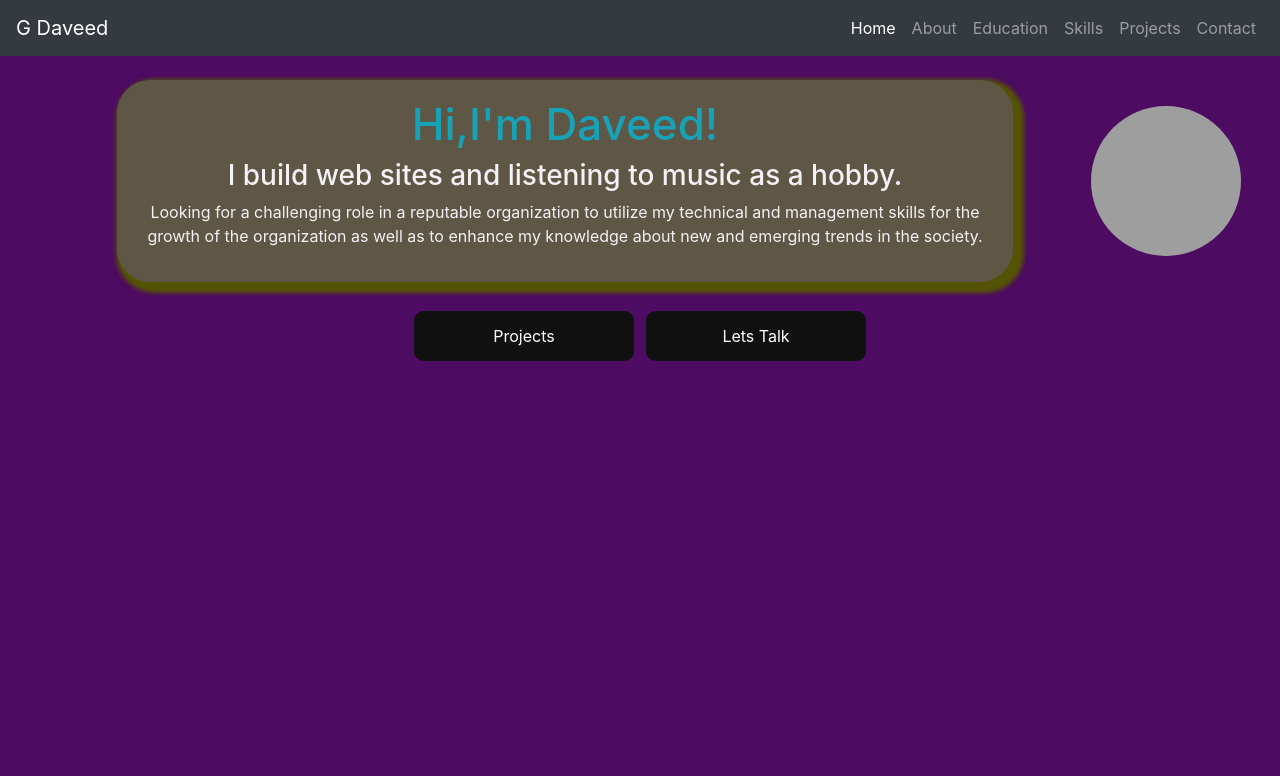
Repository: DaveedGangi/DaveedWebsite
Page: one.html
The author's editor kept a copy of each file at every save. The page is drawn from the files as they stood at one save, then again after a run of saves.
The browser window is 1280 px wide. The pictures show the whole page.
Pictures or frames that could not be fetched are drawn as grey boxes.

Above is the page before, as saved 2023-10-23 13:35:21.

After the next 3 saves:
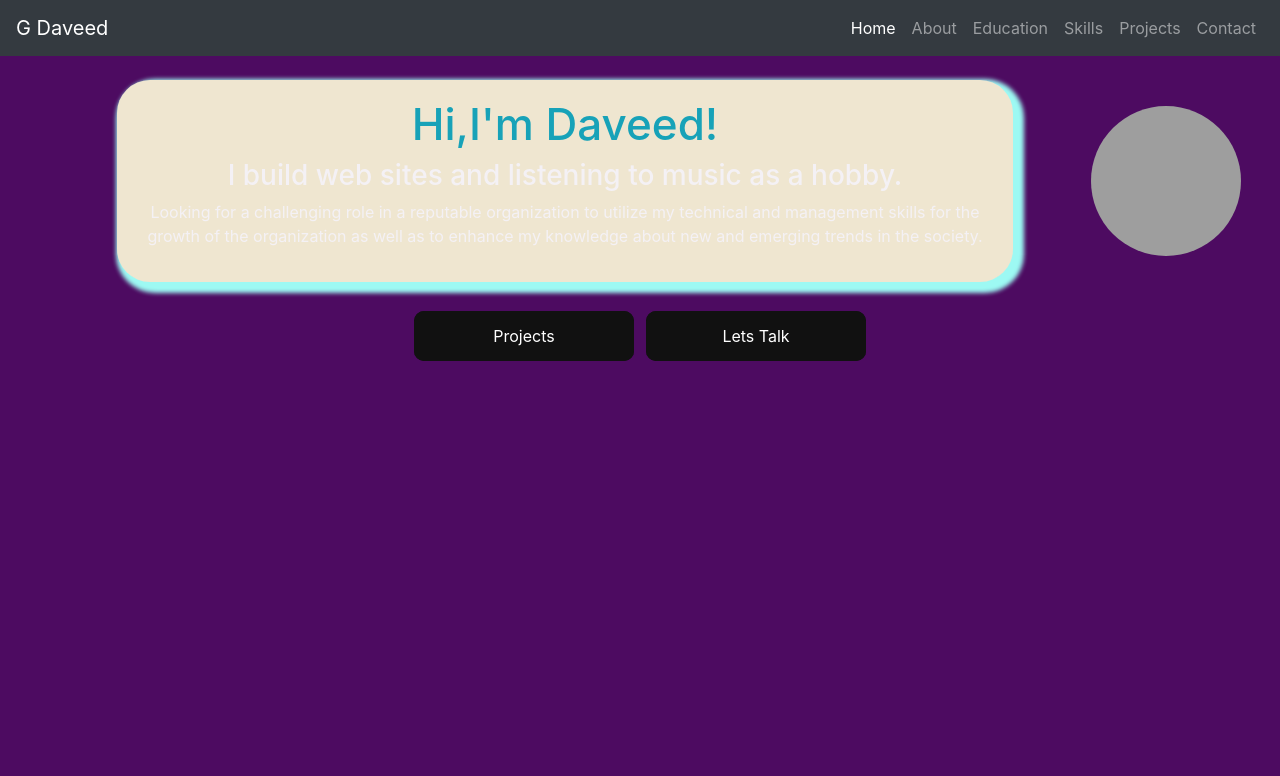
The 3 saves are shown as one change because they came seconds apart.
The last was saved 23 s later.
--- a/two.css
+++ b/two.css
@@ -31,14 +31,14 @@
 .card1{
 
     width:70vw;
-    background-color:rgb(94, 87, 69);
+    background-color:rgb(239, 230, 208);
     border-radius: 33px;
     display: flex;
     padding:18px;
     flex-direction: column;
     text-align: center;
     align-items:center;
-    box-shadow:5px 5px 4px 6px rgb(84, 84, 4);
+    box-shadow:5px 5px 4px 6px rgb(157, 249, 243);
 }
 .buttons{
     display: flex;
